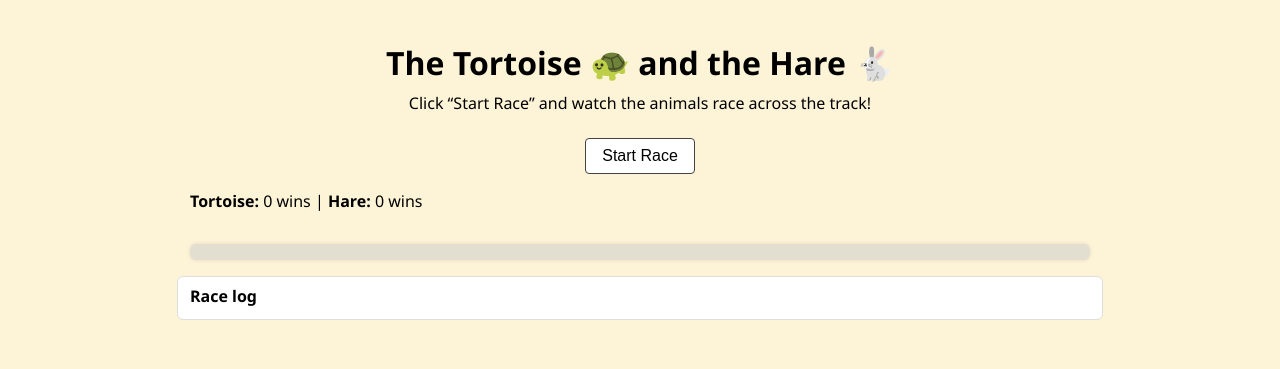
Repository: toyirovrustamshoh-web/tortoise-hare-enhanced-RomanToyirov
Page: tortoise_hare.html
The author's editor kept a copy of each file at every save. The page is drawn from the files as they stood at one save, then again after the next save.
The browser window is 1280 px wide. The pictures show the whole page.

Above is the page before, as saved 2026-04-07 01:09:08.

After the next save:
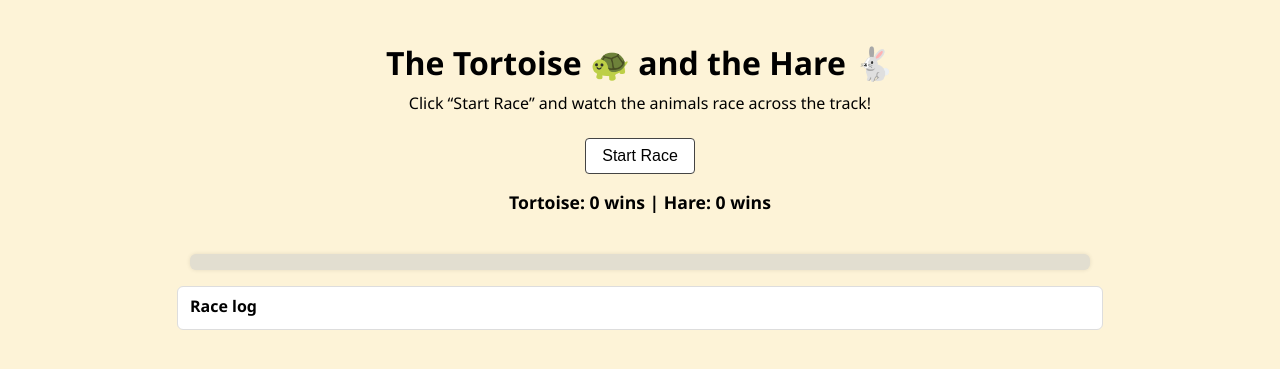
Saved 45 s later.
--- a/style.css
+++ b/style.css
@@ -1,108 +1,115 @@
 body {
-	background-color: #fdf3d7;
-	font-family: 'Segoe UI', sans-serif;
-	margin: 0;
-	padding: 20px;
+    background-color: #fdf3d7;
+    font-family: "Segoe UI", sans-serif;
+    margin: 0;
+    padding: 20px;
 }
 
 h1 {
-	text-align: center;
-	margin-bottom: 0.5rem;
+    text-align: center;
+    margin-bottom: 0.5rem;
 }
 
 p.description {
-	text-align: center;
-	margin-top: 0;
-	margin-bottom: 1.5rem;
+    text-align: center;
+    margin-top: 0;
+    margin-bottom: 1.5rem;
 }
 
 .controls {
-	display: flex;
-	justify-content: center;
-	align-items: center;
-	gap: 1rem;
-	margin-bottom: 1rem;
-	flex-wrap: wrap;
+    display: flex;
+    justify-content: center;
+    align-items: center;
+    gap: 1rem;
+    margin-bottom: 1rem;
+    flex-wrap: wrap;
 }
 
 button {
-	padding: 0.5rem 1rem;
-	font-size: 1rem;
-	border-radius: 4px;
-	border: 1px solid #444;
-	background-color: #fff;
-	cursor: pointer;
+    padding: 0.5rem 1rem;
+    font-size: 1rem;
+    border-radius: 4px;
+    border: 1px solid #444;
+    background-color: #fff;
+    cursor: pointer;
 }
 
 button:disabled {
-	opacity: 0.5;
-	cursor: not-allowed;
+    opacity: 0.5;
+    cursor: not-allowed;
 }
 
 .track-wrapper {
-	max-width: 900px;
-	margin: 0 auto;
+    max-width: 900px;
+    margin: 0 auto;
 }
 
 #message {
-	text-align: center;
-	min-height: 1.5em;
-	font-weight: bold;
-	margin-bottom: 0.5rem;
+    text-align: center;
+    min-height: 1.5em;
+    font-weight: bold;
+    margin-bottom: 0.5rem;
 }
 
 .track {
-	display: grid;
-	grid-template-columns: repeat(70, 1.1fr);
-	gap: 1px;
-	padding: 8px;
-	background-color: #e2ded0;
-	border-radius: 6px;
-	box-shadow: 0 0 4px rgba(0, 0, 0, 0.1);
-	overflow: hidden;
+    display: grid;
+    grid-template-columns: repeat(70, 1.1fr);
+    gap: 1px;
+    padding: 8px;
+    background-color: #e2ded0;
+    border-radius: 6px;
+    box-shadow: 0 0 4px rgba(0, 0, 0, 0.1);
+    overflow: hidden;
 }
 
 .cell {
-	height: 24px;
-	display: flex;
-	justify-content: center;
-	align-items: center;
-	font-size: 1.1rem;
-	background-color: #fdfaf3;
+    height: 24px;
+    display: flex;
+    justify-content: center;
+    align-items: center;
+    font-size: 1.1rem;
+    background-color: #fdfaf3;
 }
 
 .tortoise {
-	background-color: #3b873e;
-	/* color: #fff; */
+    background-color: #3b873e;
+    /* color: #fff; */
 }
 
 .hare {
-	background-color: #f08c2e;
-	/* color: #fff; */
+    background-color: #f08c2e;
+    /* color: #fff; */
 }
 
 .both {
-	background-color: #c0392b;
-	/* color: #fff; */
+    background-color: #c0392b;
+    /* color: #fff; */
 }
 
 #log {
-	max-width: 900px;
-	margin: 1rem auto 0;
-	padding: 0.5rem 0.75rem;
-	background-color: #fff;
-	border-radius: 6px;
-	border: 1px solid #ddd;
-	font-size: 0.85rem;
-	max-height: 50vh;
-	overflow-y: auto;
+    max-width: 900px;
+    margin: 1rem auto 0;
+    padding: 0.5rem 0.75rem;
+    background-color: #fff;
+    border-radius: 6px;
+    border: 1px solid #ddd;
+    font-size: 0.85rem;
+    max-height: 50vh;
+    overflow-y: auto;
 }
 
 #log h2 {
-	margin: 0 0 0.25rem;
-	font-size: 1rem;
+    margin: 0 0 0.25rem;
+    font-size: 1rem;
 }
 
 #log .entry {
-	font-family: monospace;
+    font-family: monospace;
 }
+
+#scoreboard {
+    text-align: center;
+    font-size: 1.1rem;
+    margin-bottom: 0.5rem;
+    font-weight: bold;
+}
